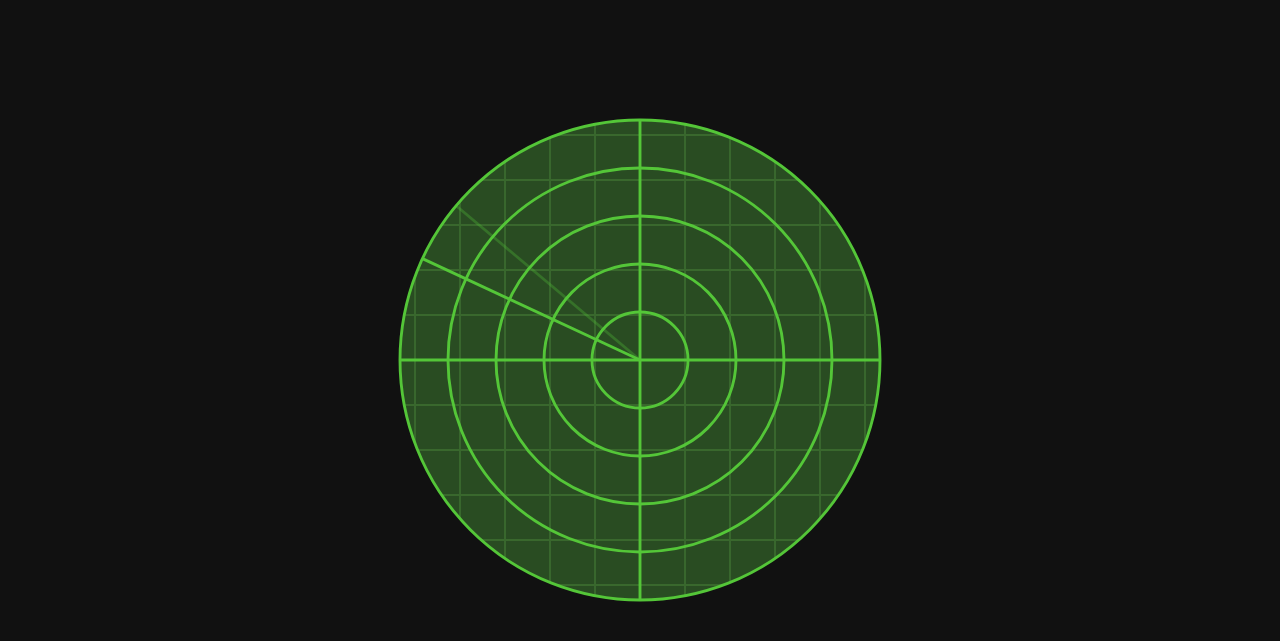
Repository: pedro-mancano/ProjetoCDM204
Page: scripts/radar.html
An editor plug-in stored every save of this project. The page is shown before and after the next save, followed by the edit.
The browser window is 1280 px wide. The pictures show the whole page.

Above is the page before, as saved 2024-11-27 09:06:46.

### scripts/radar.html
<html>

<head>
  <title>Radars</title>
  <link rel="stylesheet" type="text/css" href="./radar.css">
</head>

<body>
  <div class="radar">
    <canvas id="radarCanvas" width="400" height="400"></canvas>
  </div>
  <script src="./radar.js"></script>

</html>

### scripts/radar.css
html,
body {
  background-color: #111;
  height: 100%;
  margin: 0;
  width: 100%;
}

.radar {
  height: 100%;
  width: 100%;
  display: flex;
}

#radarCanvas {
  margin: auto;
  position: relative;
}

### scripts/radar.js
const canvas = document.getElementById('radarCanvas');
const ctx = canvas.getContext('2d');
let lastDraw = performance.now();

size = Math.min(window.innerWidth, window.innerHeight);

ctx.canvas.width = size;
ctx.canvas.height = size;

scaleFactor = size / 500;

angle = 5;

function draw(elapsed) {
  ctx.clearRect(0, 0, canvas.width, canvas.height);

  angle += 0.5;

  const height = canvas.height;
  const width = canvas.width;
  const r = canvas.height / 3;
  const R = canvas.height / 2;


  // Draw the radar circle
  ctx.fillStyle = '#294c22';
  ctx.beginPath();
  ctx.arc(R, R, r, 0, 2 * Math.PI);
  ctx.fill();

  //
  ctx.strokeStyle = '#3a682e';
  ctx.lineWidth = scaleFactor;
  for (let i = 0; i < 2 * R; i += R / 8) {
    for (let j = 0; j < 2 * R; j += R / 8) {
      ctx.beginPath();
      ctx.moveTo(i, 0);
      ctx.lineTo(i, 2 * R);
      ctx.stroke();
      ctx.beginPath();
      ctx.moveTo(0, j);
      ctx.lineTo(2 * R, j);
      ctx.stroke();
    }
  }

  // Clear the outside circle
  ctx.globalCompositeOperation = 'destination-in';
  ctx.fillStyle = '#FFFFFF';
  ctx.beginPath();
  ctx.arc(R, R, r, 0, 2 * Math.PI);
  ctx.fill();
  ctx.globalCompositeOperation = 'source-over';


  // Draw grid lines (4 lines, 90 degrees apart)
  ctx.strokeStyle = '#54c638';
  ctx.lineWidth = 2 * scaleFactor;
  for (let i = 0; i < 360; i += 90) {
    ctx.beginPath();
    ctx.moveTo(R, R);
    ctx.lineTo(R + r * Math.cos(i * Math.PI / 180), R + r * Math.sin(i * Math.PI / 180));
    ctx.stroke();
  }

  // Circle outlines 5
  for (let i = 0; i < 6; i++) {
    ctx.beginPath();
    ctx.arc(R, R, r / 5 * i, 0, 2 * Math.PI);
    ctx.stroke();
  }

  // Draw the radar sweep
  ctx.strokeStyle = '#54c638';
  ctx.lineWidth = 2 * scaleFactor;
  ctx.beginPath();
  ctx.moveTo(R, R);
  ctx.lineTo(R + r * Math.cos(-angle * Math.PI / 180), R + r * Math.sin(-angle * Math.PI / 180));
  ctx.stroke();

  // Draw the radar arc sweep (15 deg) low opacity
  ctx.strokeStyle = '#54c638';
  ctx.lineWidth = 2 * scaleFactor;
  ctx.globalAlpha = 0.3;
  ctx.beginPath();
  ctx.moveTo(R, R);
  ctx.lineTo(R + r * Math.cos((-angle + 15) * Math.PI / 180), R + r * Math.sin((-angle + 15) * Math.PI / 180));
  ctx.stroke();
  ctx.lineTo(R, R);
  ctx.fill();
  ctx.globalAlpha = 1;
}

function drawLoop() {
  draw(performance.now() - lastDraw);
  lastDraw = performance.now();
  requestAnimationFrame(drawLoop);
}

requestAnimationFrame(drawLoop);

After the next save:
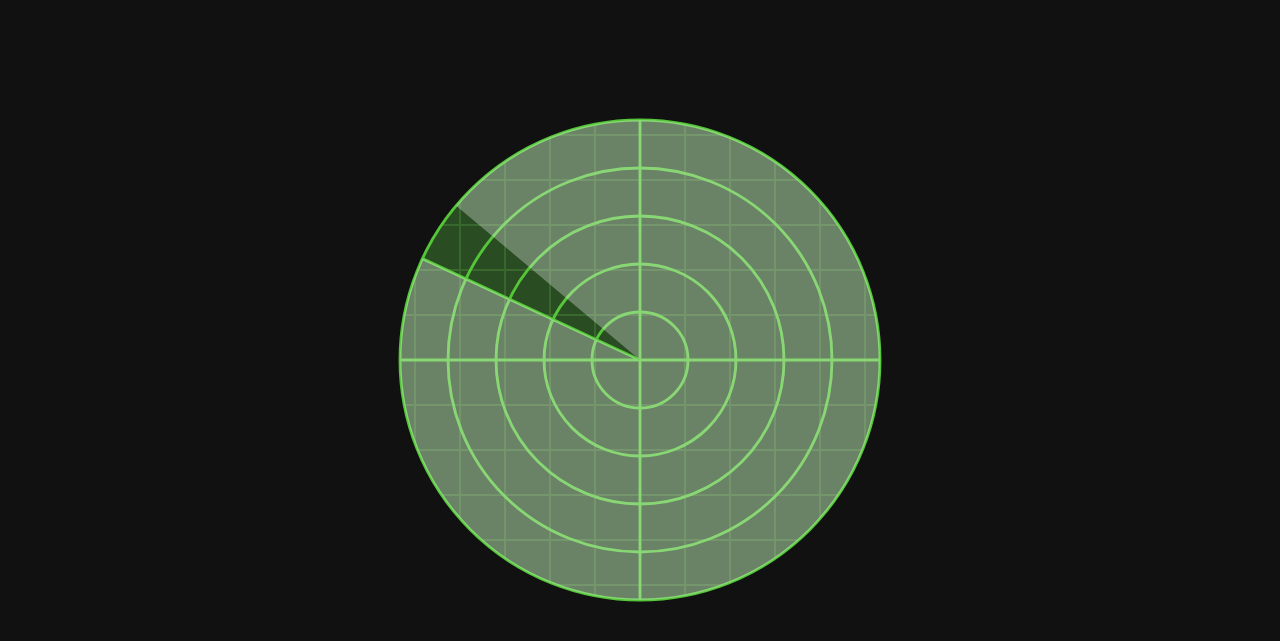
Saved 17 s later.
--- a/scripts/radar.js
+++ b/scripts/radar.js
@@ -85,8 +85,8 @@ function draw(elapsed) {
   ctx.beginPath();
   ctx.moveTo(R, R);
   ctx.lineTo(R + r * Math.cos((-angle + 15) * Math.PI / 180), R + r * Math.sin((-angle + 15) * Math.PI / 180));
-  ctx.stroke();
-  ctx.lineTo(R, R);
+  ctx.arc(R, R, r, (-angle + 15) * Math.PI / 180, -angle * Math.PI / 180);
+
   ctx.fill();
   ctx.globalAlpha = 1;
 }
